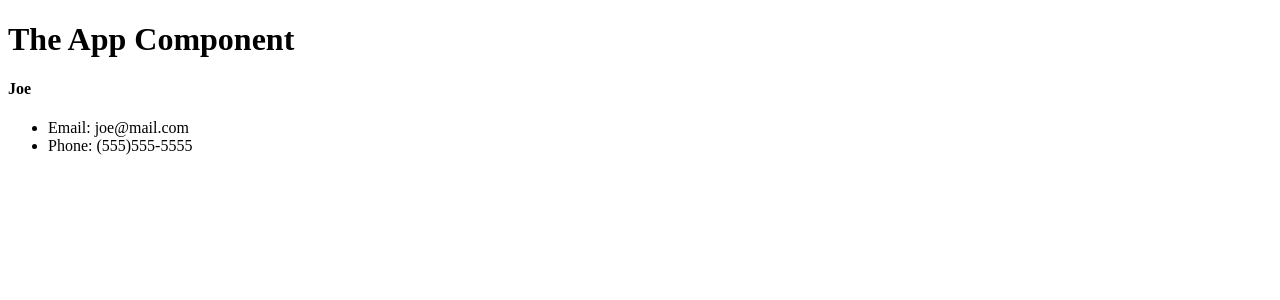
Repository: MikeTroianello/Contact-Manager
Page: /
An editor plug-in stored every save of this project. The page is shown before and after the next save, followed by the edit.
The browser window is 1280 px wide. The pictures show the whole page.
The project was rebuilt for these pictures with package versions that can differ from the ones it lists, and the page was loaded fresh each time. Also part of the build but not shown: src/App.css.

Above is the page before, as saved 2019-05-18 23:05:14.

After the next save:
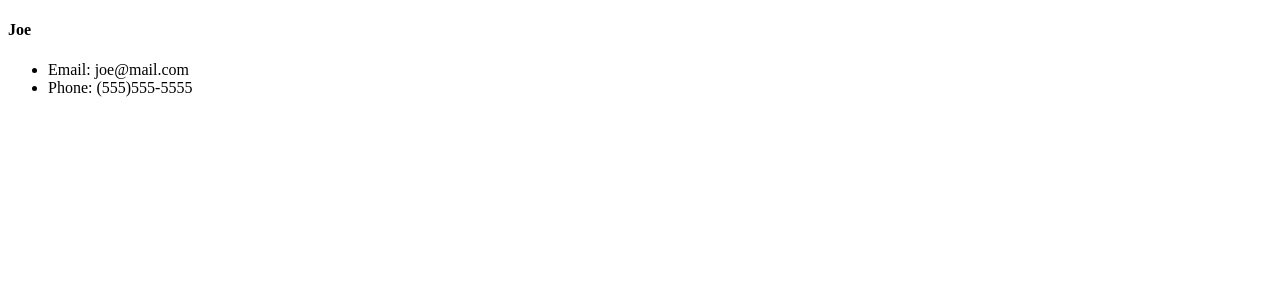
Saved 11 min 40 s later.
--- a/src/App.js
+++ b/src/App.js
@@ -5,7 +5,6 @@ import "./App.css";
 function App() {
   return (
     <div className="App">
-      <h1>The App Component</h1>
       <Contact />
     </div>
   );
